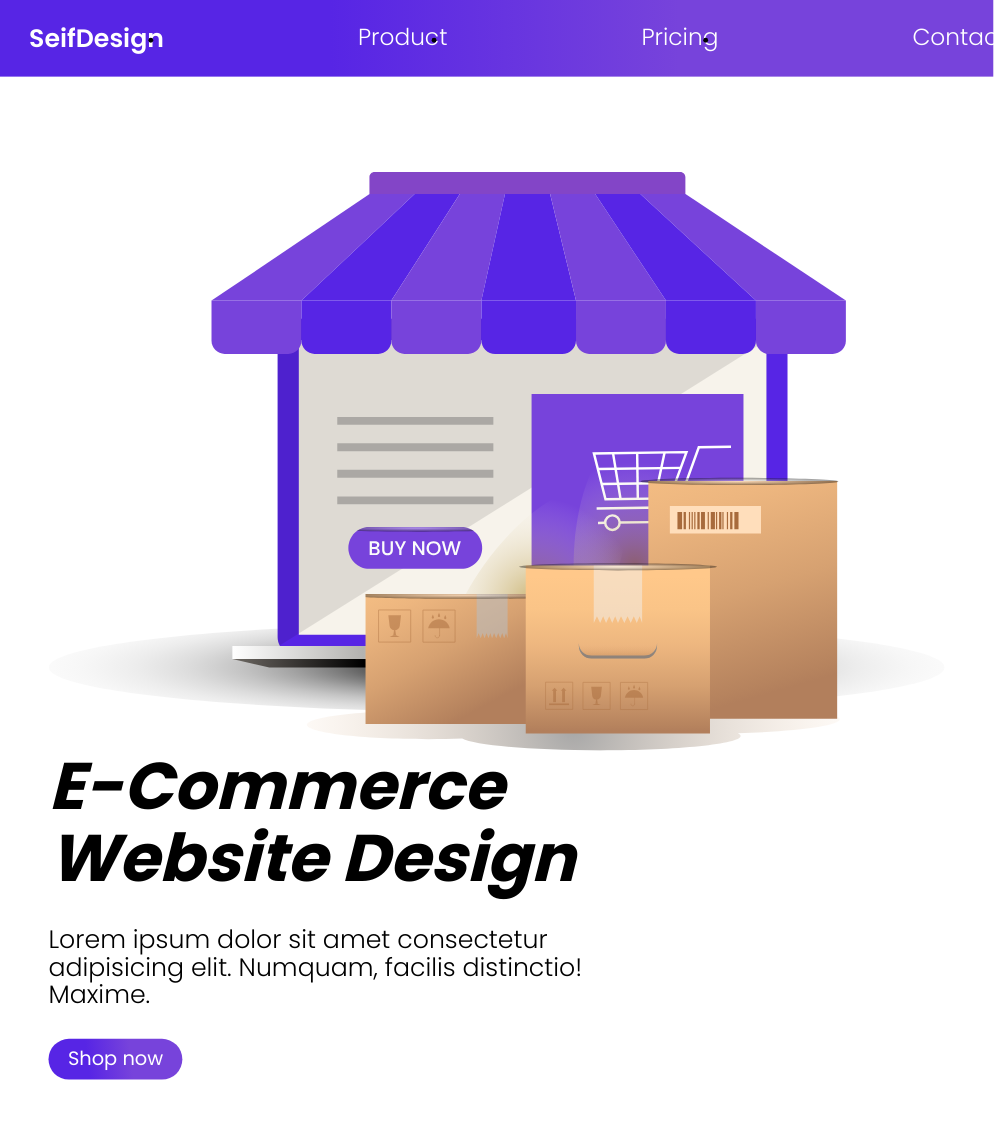
Repository: MehdiKerimov/figma-task-19
Page: pages/homePage/index.html
These files come from the project's save history. The page is drawn as it stood at one moment and after the next save; the edit follows.
The browser window is 1024 px wide. The page is 1038 px wide, then 1024 px, then 1038 px, so the pictures cover 1038 px, including what lies to the right of the window. The pictures show the whole page, at 97% of full size.
The style sheet was rebuilt from its Sass, Less or Tailwind sources for each picture, by a compiler version that may differ from the author's.

Above is the page before, as saved 2024-01-20 15:33:31.

After the next save:
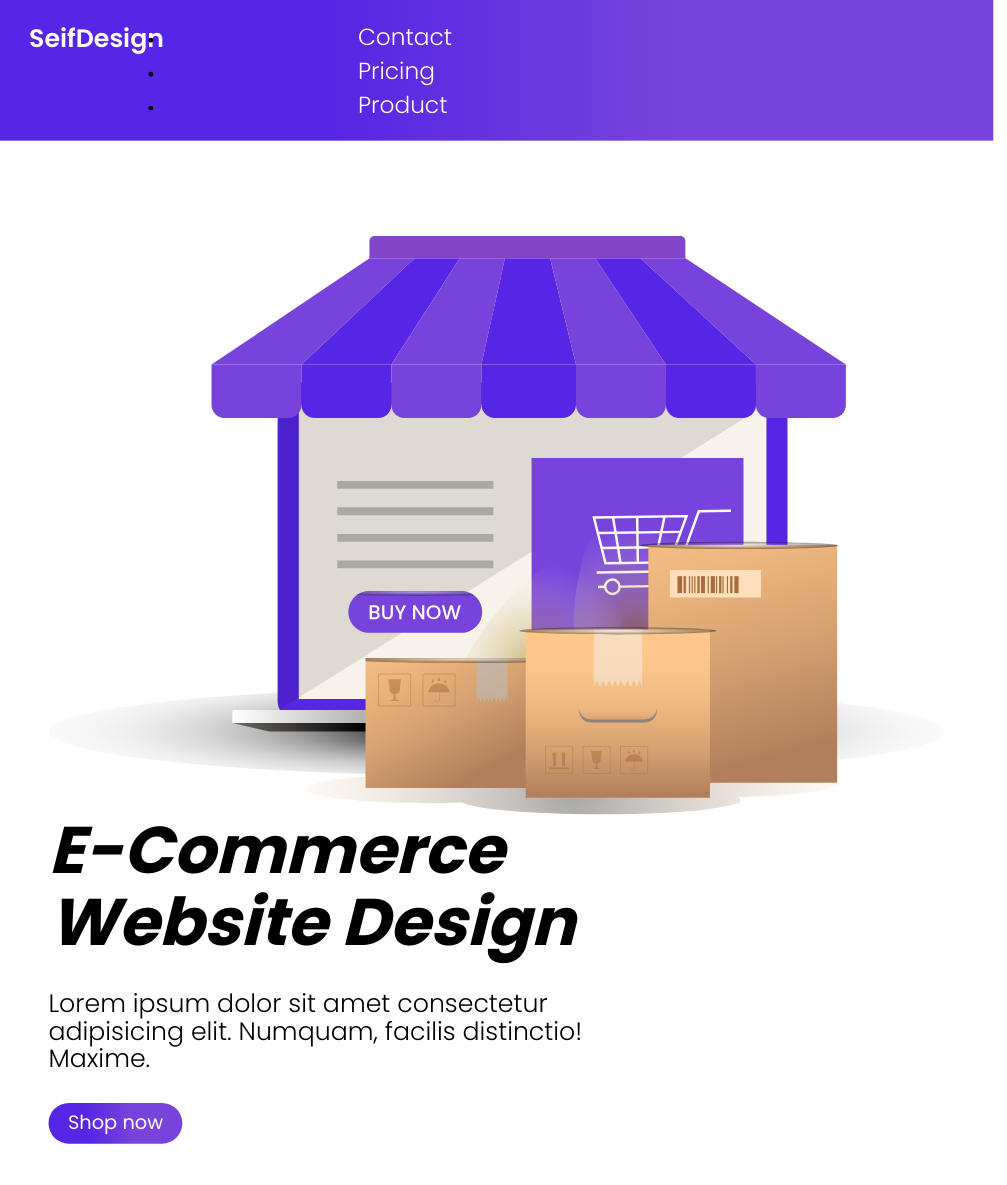
Saved 16 s later.
--- a/pages/homePage/index.scss
+++ b/pages/homePage/index.scss
@@ -16,6 +16,9 @@
     }
     ul{
       display: flex;
+      @media screen and (max-width:1024px) {
+        flex-direction: column-reverse;
+      }
       a {
         text-decoration: none;
         margin-left: 200px;

After the save that followed:
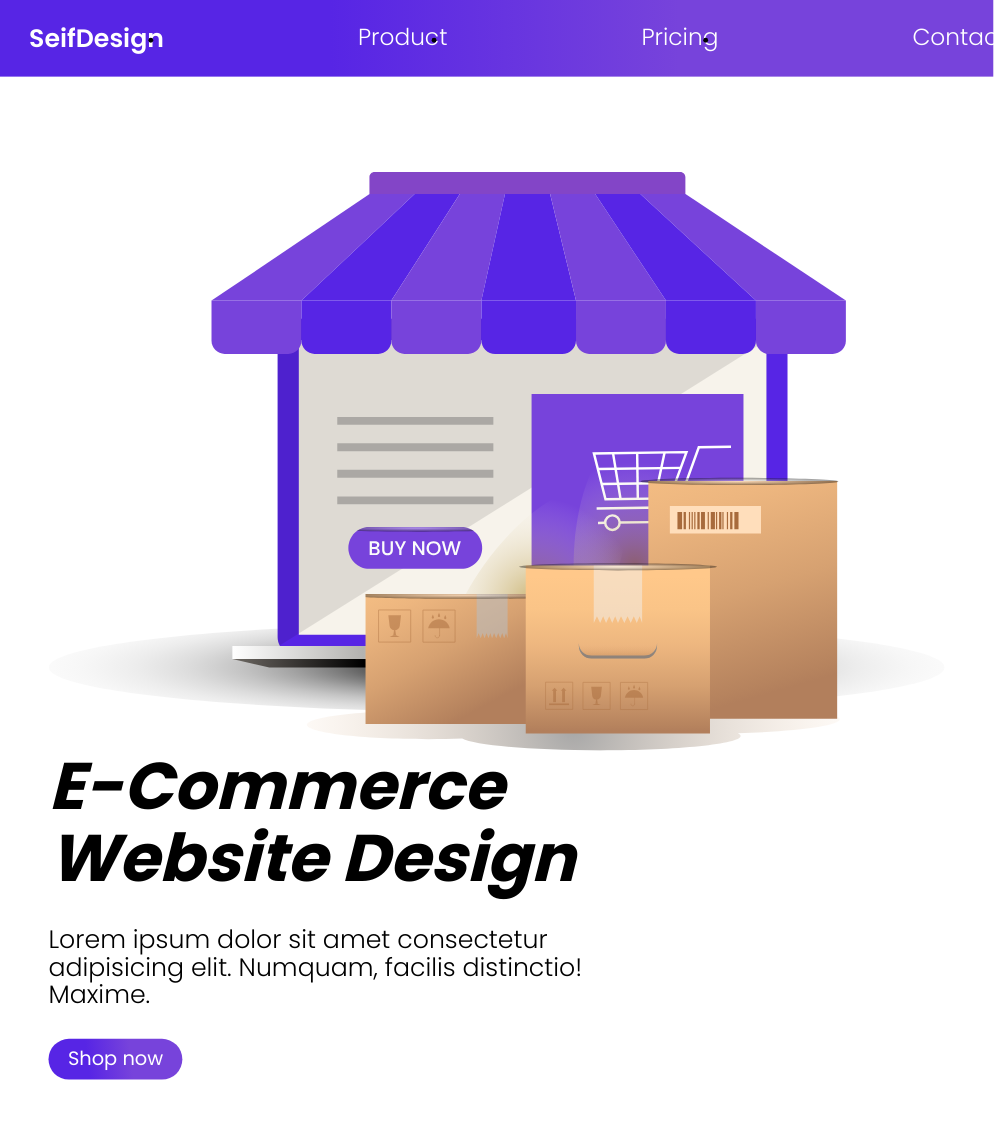
Saved 17 s later.
--- a/pages/homePage/index.scss
+++ b/pages/homePage/index.scss
@@ -17,7 +17,7 @@
     ul{
       display: flex;
       @media screen and (max-width:1024px) {
-        flex-direction: column-reverse;
+      ;
       }
       a {
         text-decoration: none;
